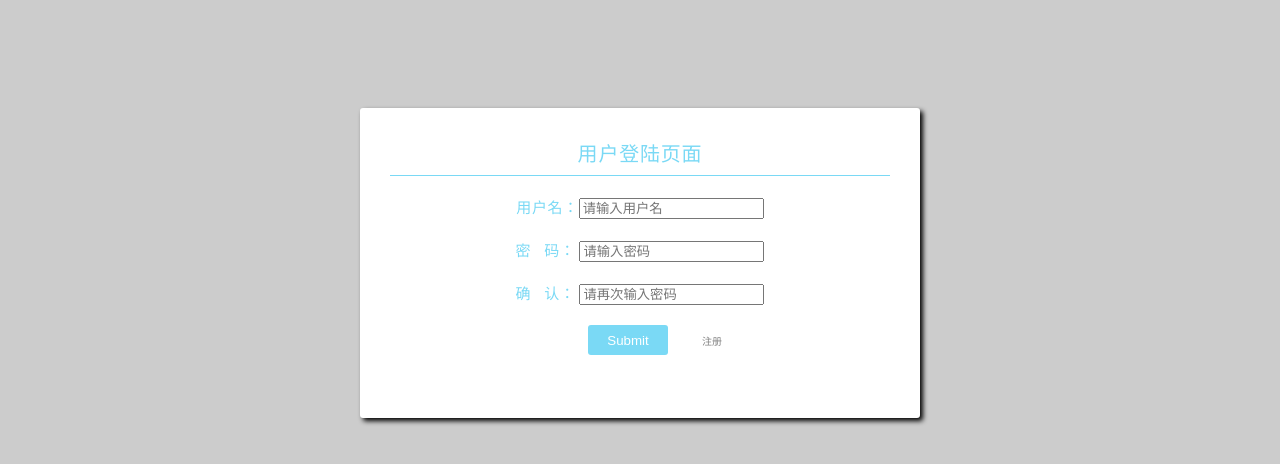
Repository: eheihaha2/whoisthespy-
Page: webDemo/WebContent/login.html
An editor plug-in stored every save of this project. The page is shown before and after the next save, followed by the edit.
The browser window is 1280 px wide. The pictures show the whole page.

Above is the page before, as saved 2020-02-25 04:59:53.

After the next save:
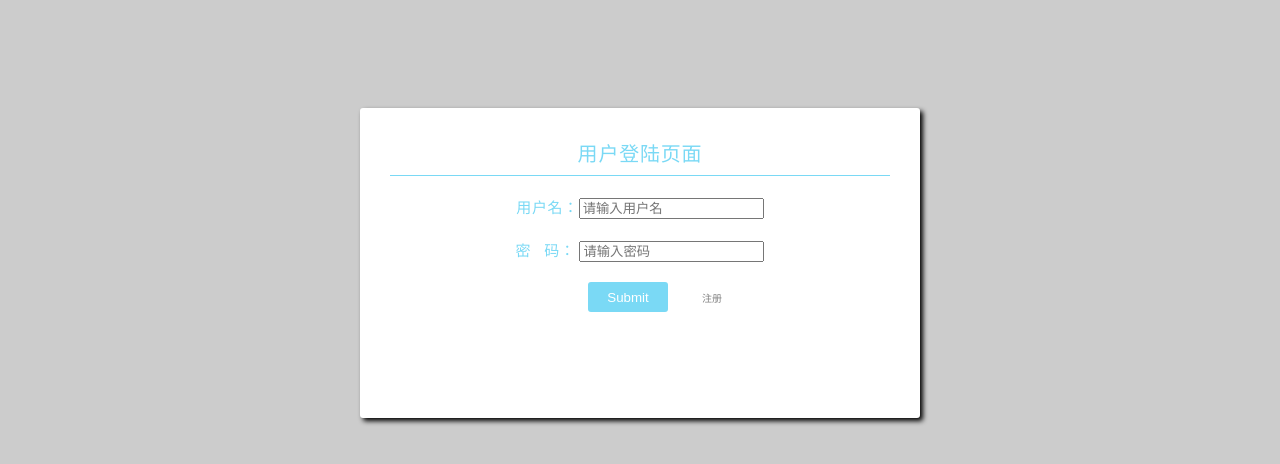
Saved 2 min 20 s later.
--- a/webDemo/WebContent/login.html
+++ b/webDemo/WebContent/login.html
@@ -64,11 +64,11 @@
          	<p>密&nbsp&nbsp&nbsp码：</p>
          	<input  type="password" name="pwd" placeholder="请输入密码" id="pwd">
          </div>
-         <div>
+ <!--         <div>
          	<p>确&nbsp&nbsp&nbsp认：</p>
          	<input type="password" name="consert" placeholder="请再次输入密码" id="consert" oninput="change()">
          	<span id="tip"> </span>
-		 </div>
+		 </div>	 -->
          <input type="submit" class="btn"></input>
          <span class="register"><a href="register.html">注册</a></span>
 		</form>

After the 3 saves that followed:
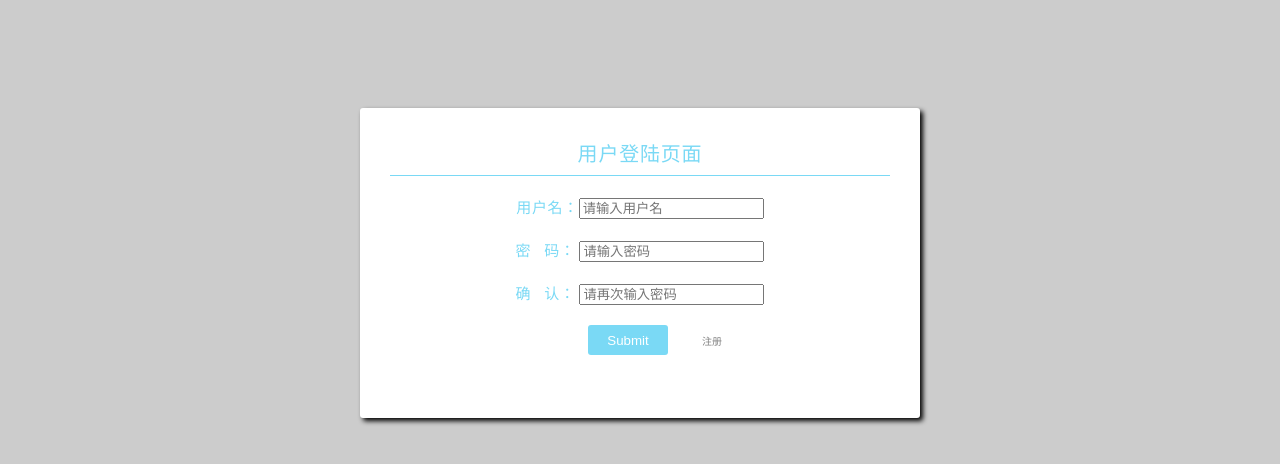
The 3 saves are shown as one change because 2 left the picture as it was.
The last was saved 4 min 4 s later.
--- a/webDemo/WebContent/login.html
+++ b/webDemo/WebContent/login.html
@@ -22,22 +22,20 @@
 			}
 			$(function(){
 				$(".btn").click(function(){
-					/*  var a=$("input[name='username']").val();
+					 var a=$("input[name='username']").val();
 					 console.log(a);
-					 var b=$("#pwd").val(); */
-					 /* var obj={
-							 "username":a,
-					 		 "password":b
-					 }; */
-					 //var json=JSON.stringify(obj);
+					 var b=$("#pwd").val();
+					 var obj={
+							 username:a,
+					 		 password:b
+					 };
+					 var json=JSON.stringify(obj);
 					 console.log(json);
+					 alert("停止");
 					$.ajax({
 					      url:"LoginServlet",
 					      type:"POST",
-					      data:{
-					    	  "username":$("input[name='username']").val(),
-					    	  "password":$("#pwd").val()
-					      },
+					      data:json,
 					      dataType:"json",
 					      //调试阶段，真正运行为success
 					      compelte:function(data) {
@@ -64,11 +62,11 @@
          	<p>密&nbsp&nbsp&nbsp码：</p>
          	<input  type="password" name="pwd" placeholder="请输入密码" id="pwd">
          </div>
- <!--         <div>
+         <div>
          	<p>确&nbsp&nbsp&nbsp认：</p>
          	<input type="password" name="consert" placeholder="请再次输入密码" id="consert" oninput="change()">
          	<span id="tip"> </span>
-		 </div>	 -->
+		 </div>
          <input type="submit" class="btn"></input>
          <span class="register"><a href="register.html">注册</a></span>
 		</form>
